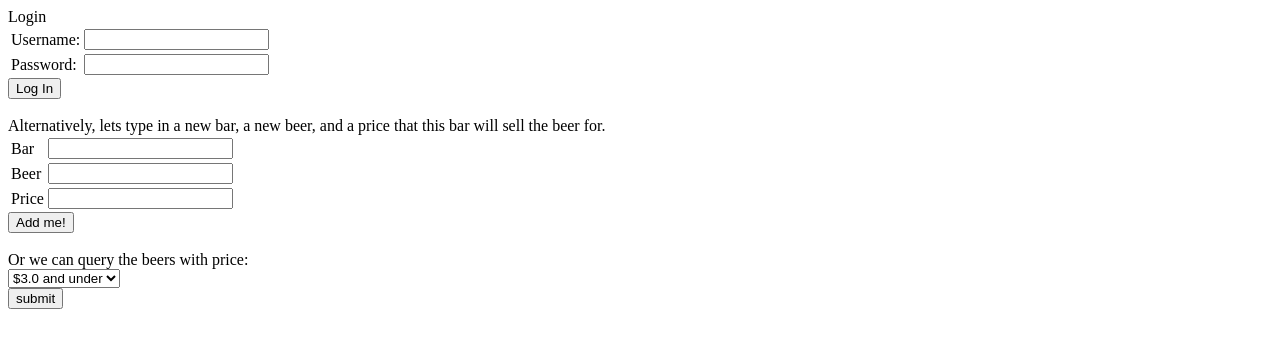
Repository: JephteyAdolphe/auction-system
Page: http://localhost/project/
The author's editor kept a copy of each file at every save. The page is drawn from the files as they stood at one save, then again after the next save.
The browser window is 1280 px wide. The pictures show the whole page.
The page is served by Tomcat 10. Other server files are loaded and not shown.

Above is the page before, as saved 2021-03-15 16:00:32.

### project/WebContent/HelloWorld.jsp
<%@ page language="java" contentType="text/html; charset=ISO-8859-1"
    pageEncoding="ISO-8859-1" import="com.cs336.pkg.*"%>
<%@ page import="java.io.*,java.util.*,java.sql.*"%>
<%@ page import="javax.servlet.http.*,javax.servlet.*" %>


<!DOCTYPE html PUBLIC "-//W3C//DTD HTML 4.01 Transitional//EN" "http://www.w3.org/TR/html4/loose.dtd">
<html>
	<head>
		<meta http-equiv="Content-Type" content="text/html; charset=ISO-8859-1">
		<title>BuyMe</title>
	</head>

	<body>

		Login <!-- the usual HTML way -->

	<br>
		<form method="get" action="sellsNewBeer.jsp">
			<table>
				<tr>
					<td>Username:</td><td><input type="text" name="account_id"></td>
				</tr>
				<tr>
					<td>Password:</td><td><input type="text" name="passwd"></td>
				</tr>
			</table>
			<input type="submit" value="Log In">
		</form>
	<br>


	Alternatively, lets type in a new bar, a new beer, and a price that this bar will sell the beer for.
	<br>
		<form method="post" action="newBarBeerPrice.jsp">
		<table>
		<tr>
		<td>Bar</td><td><input type="text" name="bar"></td>
		</tr>
		<tr>
		<td>Beer</td><td><input type="text" name="beer"></td>
		</tr>
		<tr>
		<td>Price</td><td><input type="text" name="price"></td>
		</tr>
		</table>
		<input type="submit" value="Add me!">
		</form>
	<br>

	Or we can query the beers with price:
	<br>
		<form method="get" action="query.jsp">
			<select name="price" size=1>
				<option value="3.0">$3.0 and under</option>
				<option value="5.0">$5.0 and under</option>
				<option value="8.0">$8.0 and under</option>
			</select>&nbsp;<br> <input type="submit" value="submit">
		</form>
	<br>

</body>
</html>

After the next save:
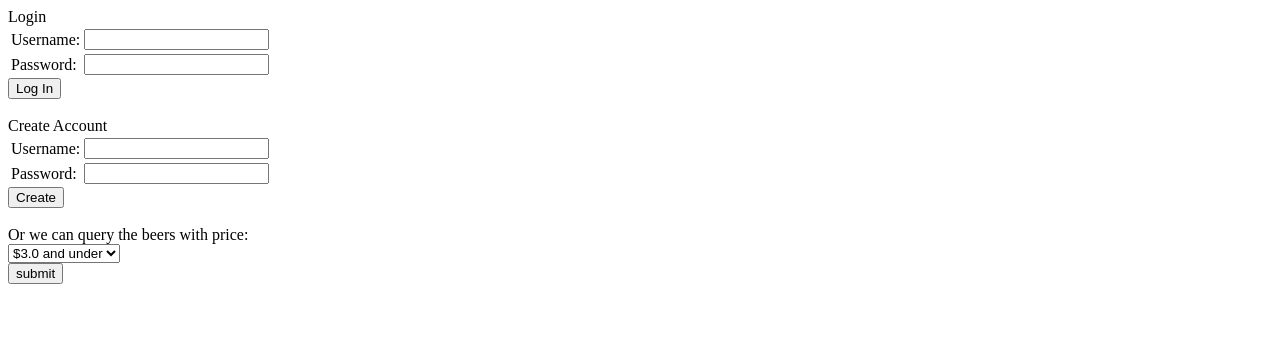
Saved 3 min 53 s later.
--- a/project/WebContent/HelloWorld.jsp
+++ b/project/WebContent/HelloWorld.jsp
@@ -30,21 +30,18 @@
 	<br>
 
 
-	Alternatively, lets type in a new bar, a new beer, and a price that this bar will sell the beer for.
+	Create Account
 	<br>
-		<form method="post" action="newBarBeerPrice.jsp">
-		<table>
-		<tr>
-		<td>Bar</td><td><input type="text" name="bar"></td>
-		</tr>
-		<tr>
-		<td>Beer</td><td><input type="text" name="beer"></td>
-		</tr>
-		<tr>
-		<td>Price</td><td><input type="text" name="price"></td>
-		</tr>
-		</table>
-		<input type="submit" value="Add me!">
+		<form method="get" action="sellsNewBeer.jsp">
+			<table>
+				<tr>
+					<td>Username:</td><td><input type="text" name="account_id"></td>
+				</tr>
+				<tr>
+					<td>Password:</td><td><input type="text" name="passwd"></td>
+				</tr>
+			</table>
+			<input type="submit" value="Create">
 		</form>
 	<br>
 
